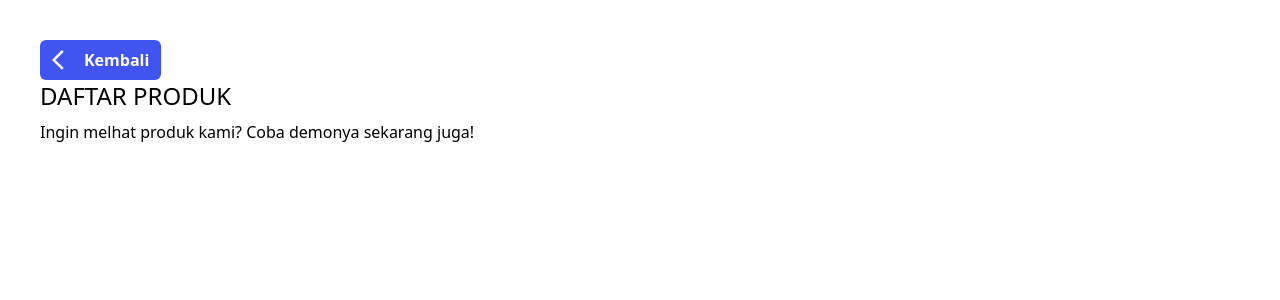
Repository: whytrno/sinovi-products
Page: /products
An editor plug-in stored every save of this project. The page is shown before and after the next save, followed by the edit.
The browser window is 1280 px wide. The pictures show the whole page.
The project was rebuilt for these pictures with package versions that can differ from the ones it lists, and the page was loaded fresh each time. The framework's server and built-in components were replaced by stand-ins that run in the browser. Also part of the build but not shown: next.config.js.

Above is the page before, as saved 2023-02-25 00:12:04.

After the next save:
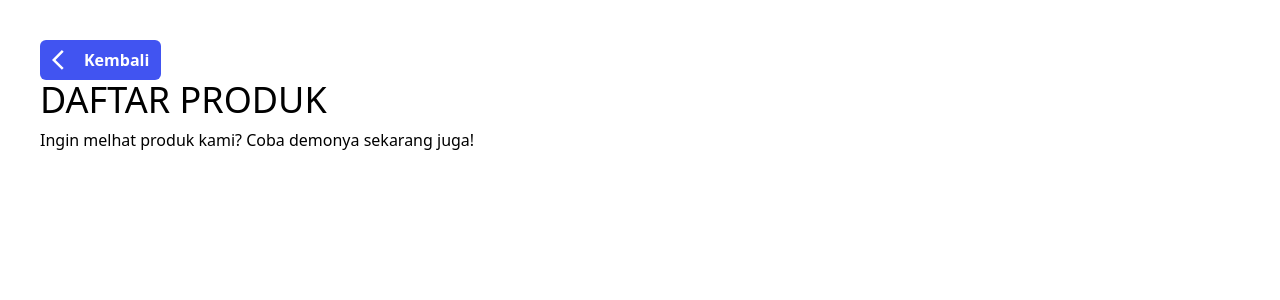
Saved 6 s later.
--- a/pages/products.js
+++ b/pages/products.js
@@ -10,7 +10,7 @@
             </Link>
 
             <div className="space-y-2">
-                <h1 className="text-2xl">DAFTAR PRODUK</h1>
+                <h1 className="text-4xl">DAFTAR PRODUK</h1>
                 <p className="text-md">Ingin melhat produk kami? Coba demonya sekarang juga!</p>
             </div>
         </div>
